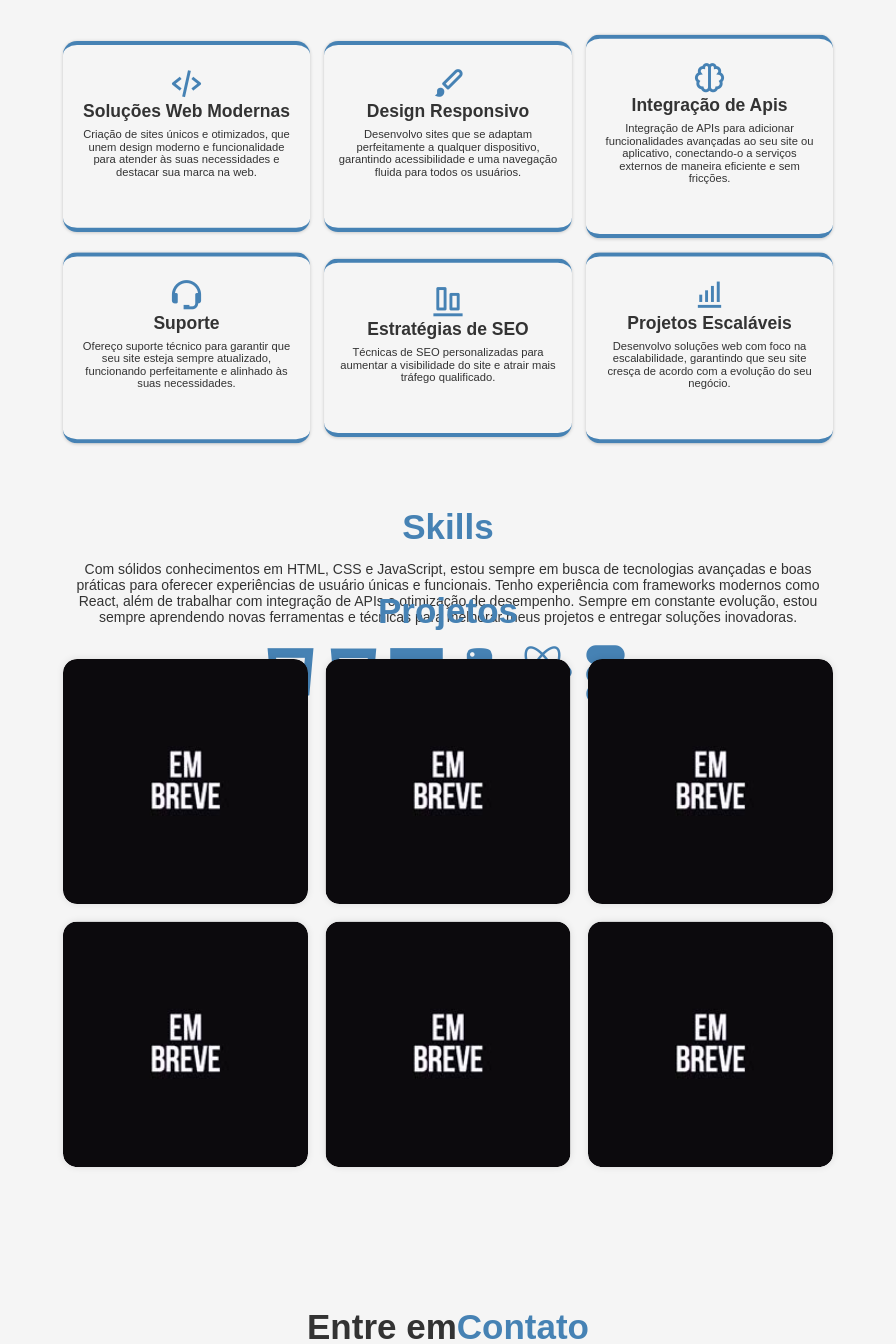
Repository: AliciaKathleen/portfolio-2025
Page: index.html
The author's editor kept a copy of each file at every save. The page is drawn from the files as they stood at one save, then again after the next save.
The browser window is 1280 px wide. The pictures show the part of the page from y = 1498 to 3418 px (the page is 4054 px tall), at 70% of full size.

Above is the page before, as saved 2025-01-27 17:54:58.
Console error: TypeError: Cannot read properties of null (reading 'classList')

After the next save:
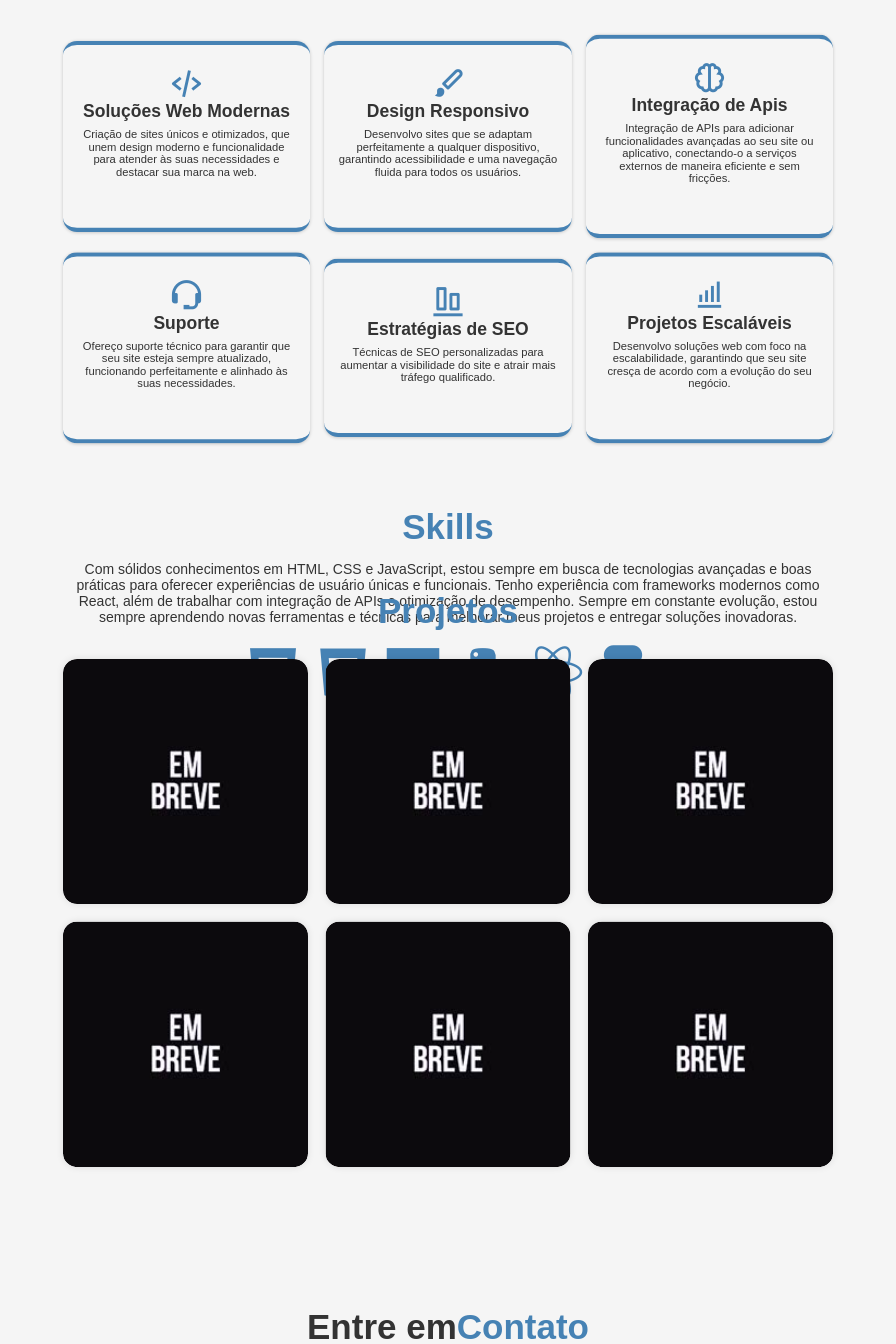
Saved 4 s later.
--- a/style.css
+++ b/style.css
@@ -372,7 +372,7 @@ span {
     justify-content: center;
     cursor: pointer;
     transition: transform 0.3s ease, color 0.3s ease;
-    width: 70px;
+    width: 80px;
     text-align: center;
 }
 
